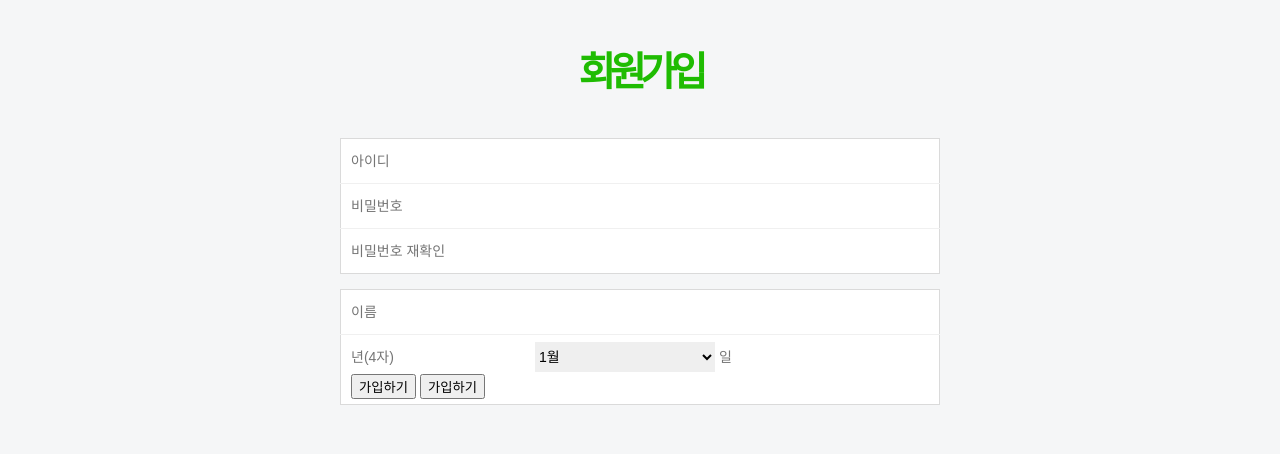
Repository: kimnafla11/webBack-end
Page: 1106/WebContent/login/signInForm.html
An editor plug-in stored every save of this project. The page is shown before and after the next save, followed by the edit.
The browser window is 1280 px wide. The pictures show the whole page.

Above is the page before, as saved 2019-11-06 03:22:00.

### 1106/WebContent/login/signInForm.html
<!doctype html>
<html>
<head>
<meta charset="utf-8">
<title>무제 문서</title>

<style type="text/css">
	body {
		background-color: #f5f6f7;
    	margin: 0;
	}
	div.container {
		margin: 0 auto 0;
    	width: 600px;
	}
	p.title {
		text-align: center;
		font-size: 40px;
		font-weight: bold;
		letter-spacing: -6px;
		color: #1fbc02;
	}

	.form-area table {
		background-color: #FFF;
    	border: 1px solid #dadada;
		margin-bottom: 15px;
		border-collapse: collapse;
		width: 100%;
	}
	.form-area table:last-child {
		margin-bottom: 0;
	}
	.form-area table tr td {
		border-bottom: 1px solid #f0f0f0;
    	padding: 5px 10px;
	}
	.form-area table tr:last-child td {
		border-bottom: 1px solid #dadada;
	}
	.input-text {
		border: none;
		height: 30px;
		padding: 2px 0px;
		width: 100%;
		font-size: 14px;
	}
	.input-text.birth {
		width: 180px;
	}
	.form-area table tr td select {
		width: 180px;
		border: none;
		height: 30px;
		padding: 2px 0px;
		font-size: 14px;
	}
	.form-area table tr td .alert {
		color: #ef0003;
		font-size: 12px;
		margin: 5px 0;
		display: none;
	}

	.button-area {
		text-align: center;
		padding: 10px 0;
	}
	.btn-type-01 {
		display: inline-block;
		width: 100%;
		font-size: 18px;
		letter-spacing: -1px;
		font-weight: bold;
		height: 60px;
		line-height: 55px;
		text-decoration: none;
		border-radius: 0;
		background-color: #1fbc02;
		color: #FFF;
	}
</style>
</head>
<body>
<form action = "signIn.jsp" method = "post">
	<div class="container">
		<p class="title">회원가입</p>
		<div class="form-area">
			<!-- ID, PWD -->
			<table>
				<tr>
					<td>
						<span>
							<input type="text" id="id" class="input-text" placeholder="아이디" maxlength="20" onfocusout="validateId()">
						</span>
						<div id="id_alert" class="alert">필수 정보입니다.</div>
					</td>
				</tr>
				<tr>
					<td>
						<span>
							<input type="password" id="password" class="input-text" placeholder="비밀번호" maxlength="20" onfocusout="validatePassword()">
						</span>
						<div id="password_alert" class="alert">필수 정보입니다.</div>
					</td>
				</tr>
				<tr>
					<td>
						<span>
							<input type="password" id="check_password" class="input-text" placeholder="비밀번호 재확인" maxlength="20" onfocusout="validatePassword()">
						</span>
						<div id="check_password_alert" class="alert">필수 정보입니다.</div>
					</td>
				</tr>
			</table>

			<!-- BASIC INFO -->
			<table>
				<tr>
					<td>
						<span>
							<input type="text" id="name" class="input-text" placeholder="이름" maxlength="15" onfocusout="validateName()">
						</span>
						<div id="name_alert" class="alert">필수 정보입니다.</div>
					</td>
				</tr>
				<tr>
					<td>
						<span>
							<input type="text" id="birth_year" class="input-text birth" placeholder="년(4자)" maxlength="4" onfocusout="validateBirth()">
						</span>
						<span>
							<select id="birth_month">
								<option value="1">1월</option>
								<option value="2">2월</option>
								<option value="3">3월</option>
								<option value="4">4월</option>
								<option value="5">5월</option>
								<option value="6">6월</option>
								<option value="7">7월</option>
								<option value="8">8월</option>
								<option value="9">9월</option>
								<option value="10">10월</option>
								<option value="11">11월</option>
								<option value="12">12월</option>
							</select>
						</span>
						<span>
							<input type="text" id="birth_day" class="input-text birth" placeholder="일" maxlength="2" onfocusout="validateBirth()">
						</span>
						<div id="birth_alert" class="alert">태어난 년도 4자리를 정확하게 입력하세요.</div>			<input type = "submit" value = "가입하기">
									<input type = "submit" value = "가입하기">

					</td>
				</tr>

			</table>
		</div>
		<div class="button-area">
		</div>
	</div>
</form>
</body>

<script type="text/javascript">

	function validateId() {
		var id = document.getElementById('id').value.trim();
		var alertEl = document.getElementById('id_alert');

		// 입력 여부 검증
		if (id.length == 0) {
			alertEl.innerHTML = '필수 정보입니다.';
			alertEl.style.display = 'block';

			return false;
		}

		// 길이 검증
		if (id.length < 5) {
			alertEl.innerHTML = '아이디는 5글자 이상 입력해주세요.';
			alertEl.style.display = 'block';

			return false;
		}

		// 대소문자, 숫자 입력 검증
		if (!/^[A-Za-z0-9]*$/.test(id)) {
			alertEl.innerHTML = '아이디는 영문 대문자,소문자, 숫자만 입력 가능합니다.';
			alertEl.style.display = 'block';

			return false;
		}

		alertEl.style.display = 'none';
	}

	function validatePassword() {
		var password = document.getElementById('password').value.trim();
		var cPassword = document.getElementById('check_password').value.trim();
		var alertEl = document.getElementById('password_alert');
		var cAlertEl = document.getElementById('check_password_alert');

		// 비밀번호 입력 여부 검증
		if (password.length == 0) {
			alertEl.innerHTML = '필수 정보입니다.';
			alertEl.style.display = 'block';

			return false;
		}

		// 비밀번호 길이 검증
		if (password.length < 5) {
			alertEl.innerHTML = '비밀번호는 5글자 이상 입력해주세요.';
			alertEl.style.display = 'block';

			return false;
		}

		// 비밀번호 대소문자, 숫자 입력 검증
		if (!/^[A-Za-z0-9]*$/.test(password)) {
			alertEl.innerHTML = '비밀번호는 영문 대문자,소문자, 숫자만 입력 가능합니다.';
			alertEl.style.display = 'block';

			return false;
		}

		// 비밀번호 확인 입력 여부 검증
		if (cPassword.length == 0) {
			cAlertEl.innerHTML = '필수 정보입니다.';
			cAlertEl.style.display = 'block';

			return false;
		}

		// 비밀번호 확인 길이 검증
		if (cPassword.length < 5) {
			cAlertEl.innerHTML = '비밀번호는 5글자 이상 입력해주세요.';
			cAlertEl.style.display = 'block';

			return false;
		}

		// 비밀번호 확인 대소문자, 숫자 입력 검증
		if (!/^[A-Za-z0-9]*$/.test(cPassword)) {
			cAlertEl.innerHTML = '비밀번호는 영문 대문자,소문자, 숫자만 입력 가능합니다.';
			cAlertEl.style.display = 'block';

			return false;
		}

		// 비밀번호, 비밀번호 확인 검증
		if (password != cPassword) {
			cAlertEl.innerHTML = '비밀번호가 일치하지 않습니다.';
			cAlertEl.style.display = 'block';

			return false;
		}

		alertEl.style.display = 'none';
		cAlertEl.style.display = 'none';
	}

	function validateName() {
		var name = document.getElementById('name').value.trim();
		var alertEl = document.getElementById('name_alert');

		// 입력 여부 검증
		if (name.length == 0) {
			alertEl.innerHTML = '필수 정보입니다.';
			alertEl.style.display = 'block';

			return false;
		}

		alertEl.style.display = 'none';
	}

	function validateBirth() {
		var birthYear = document.getElementById('birth_year').value.trim();
		var birthDay = document.getElementById('birth_day').value.trim();
		var alertEl = document.getElementById('birth_alert');

		if (birthYear.length == 0) {
			alertEl.innerHTML = '태어난 년도 4자리를 입력해주세요.';
			alertEl.style.display = 'block';

			return false;
		}

		if (birthDay.length == 0) {
			alertEl.innerHTML = '태어난 일자를 입력해주세요.';
			alertEl.style.display = 'block';

			return false;
		}

		if (!/^[0-9]*$/.test(birthYear)) {
			birth_alert.innerHTML = '태어난 년도는 숫자만 입력 가능합니다.';
			birth_alert.style.display = 'block';

			return false;
		}

		if (!/^[0-9]*$/.test(birthDay)) {
			birth_alert.innerHTML = '태어난 일자는 숫자만 입력 가능합니다.';
			birth_alert.style.display = 'block';

			return false;
		}

		alertEl.style.display = 'none';
	}
</script>
</html>

After the next save:
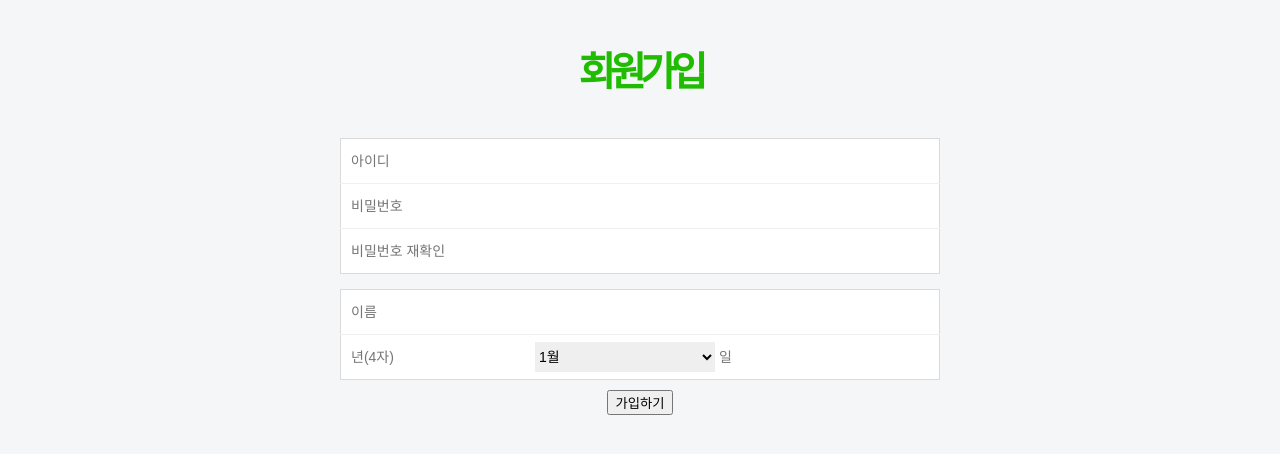
Saved 20 s later.
--- a/1106/WebContent/login/signInForm.html
+++ b/1106/WebContent/login/signInForm.html
@@ -148,15 +148,13 @@
 						<span>
 							<input type="text" id="birth_day" class="input-text birth" placeholder="일" maxlength="2" onfocusout="validateBirth()">
 						</span>
-						<div id="birth_alert" class="alert">태어난 년도 4자리를 정확하게 입력하세요.</div>			<input type = "submit" value = "가입하기">
-									<input type = "submit" value = "가입하기">
-
-					</td>
-				</tr>
-
+						<div id="birth_alert" class="alert">태어난 년도 4자리를 정확하게 입력하세요.</div>
+					</td>
+				</tr>
 			</table>
 		</div>
 		<div class="button-area">
+			<input type = "submit" value = "가입하기">
 		</div>
 	</div>
 </form>
